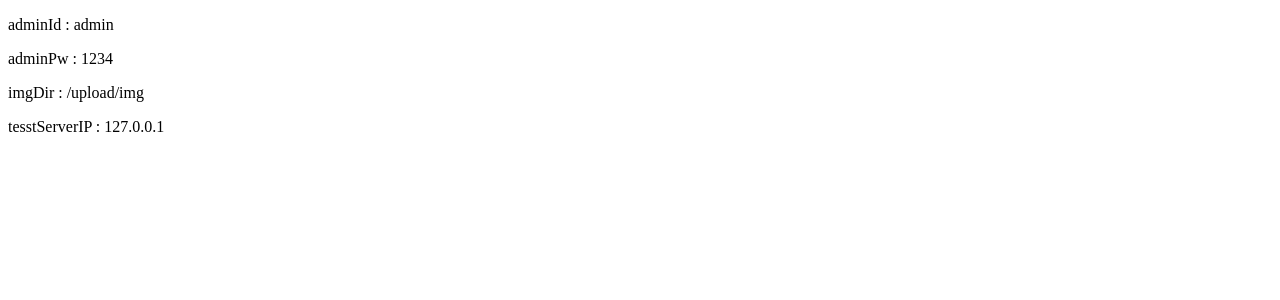
Repository: junyoung4213/JSP
Page: http://localhost/testPjtConfig/jspEx.jsp
These files come from the project's save history. The page is drawn as it stood at one moment and after the next save; the edit follows.
The browser window is 1280 px wide. The pictures show the whole page.
The page is served by Tomcat 9.

Above is the page before, as saved 2020-04-09 16:40:46.

### lecture/testPjtConfig/WebContent/jspEx.jsp
<%@ page language="java" contentType="text/html; charset=UTF-8"
    pageEncoding="UTF-8"%>
<!DOCTYPE html>
<html>
<head>
<meta charset="UTF-8">
<title>Insert title here</title>
</head>
<body>
	<%
	String adminId;
	String adminPw;

	String imgDir;
	String testServerIP;
	%>

	<%
	adminId=config.getInitParameter("adminId");
	adminPw=config.getInitParameter("adminPw");
	%>

	<p>adminId : <%=adminId %></p>
	<p>adminPw : <%=adminPw %></p>

	<%
	imgDir = application.getInitParameter("imgDir");
	testServerIP=application.getInitParameter("testServerIP");
	%>

	<p>imgDir : <%= imgDir %></p>
	<p>tesstServerIP : <%= testServerIP %></p>
</body>
</html>

After the next save:
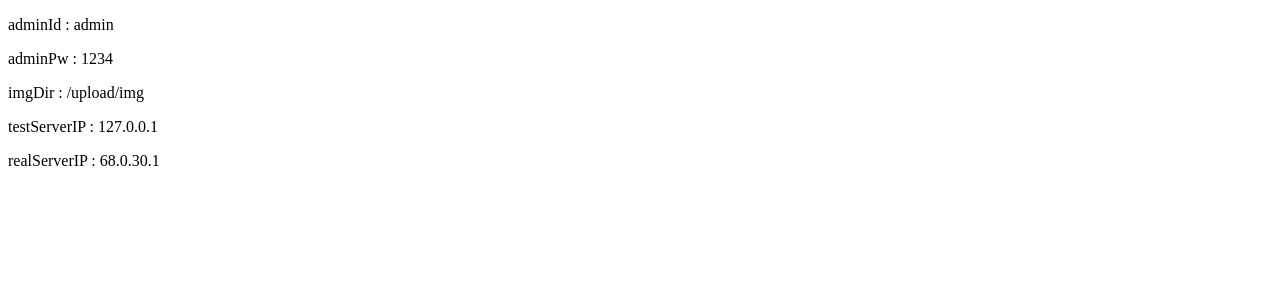
Saved 47 s later.
--- a/lecture/testPjtConfig/WebContent/jspEx.jsp
+++ b/lecture/testPjtConfig/WebContent/jspEx.jsp
@@ -13,6 +13,7 @@
 
 	String imgDir;
 	String testServerIP;
+	String realServerIP;
 	%>
 
 	<%
@@ -26,9 +27,12 @@
 	<%
 	imgDir = application.getInitParameter("imgDir");
 	testServerIP=application.getInitParameter("testServerIP");
+	realServerIP=application.getInitParameter("realServerIP");
+
 	%>
 
 	<p>imgDir : <%= imgDir %></p>
-	<p>tesstServerIP : <%= testServerIP %></p>
+	<p>testServerIP : <%= testServerIP %></p>
+	<p>realServerIP : <%= realServerIP %></p>
 </body>
 </html>
